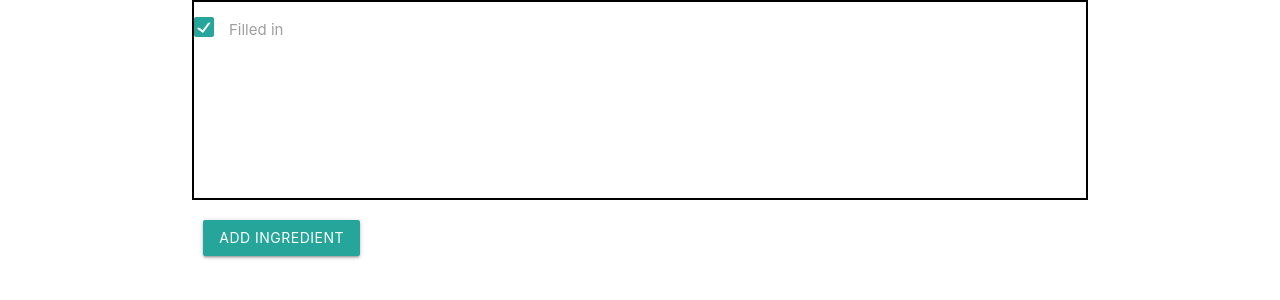
Repository: Aaron-R-Carter/Project1
Page: prototype.html
These files come from the project's save history. The page is drawn as it stood at one moment and after a run of saves; the edit follows.
The browser window is 1280 px wide. The pictures show the whole page.

Above is the page before, as saved 2019-10-31 22:45:02.
Console error: SyntaxError: Unexpected token '<'

After the next 2 saves:
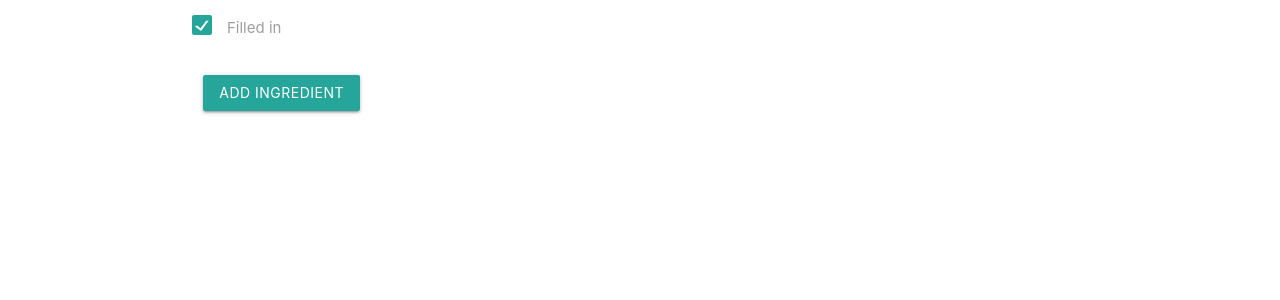
The 2 saves are shown as one change because they came seconds apart.
The last was saved 3 min 14 s later.
--- a/prototype.html
+++ b/prototype.html
@@ -15,7 +15,7 @@
 <body>
 
     <div class="container">
-        <div id="form-page" class="row">
+        <div id="" class="row">
 
                 <form action="#">
                         <p>
